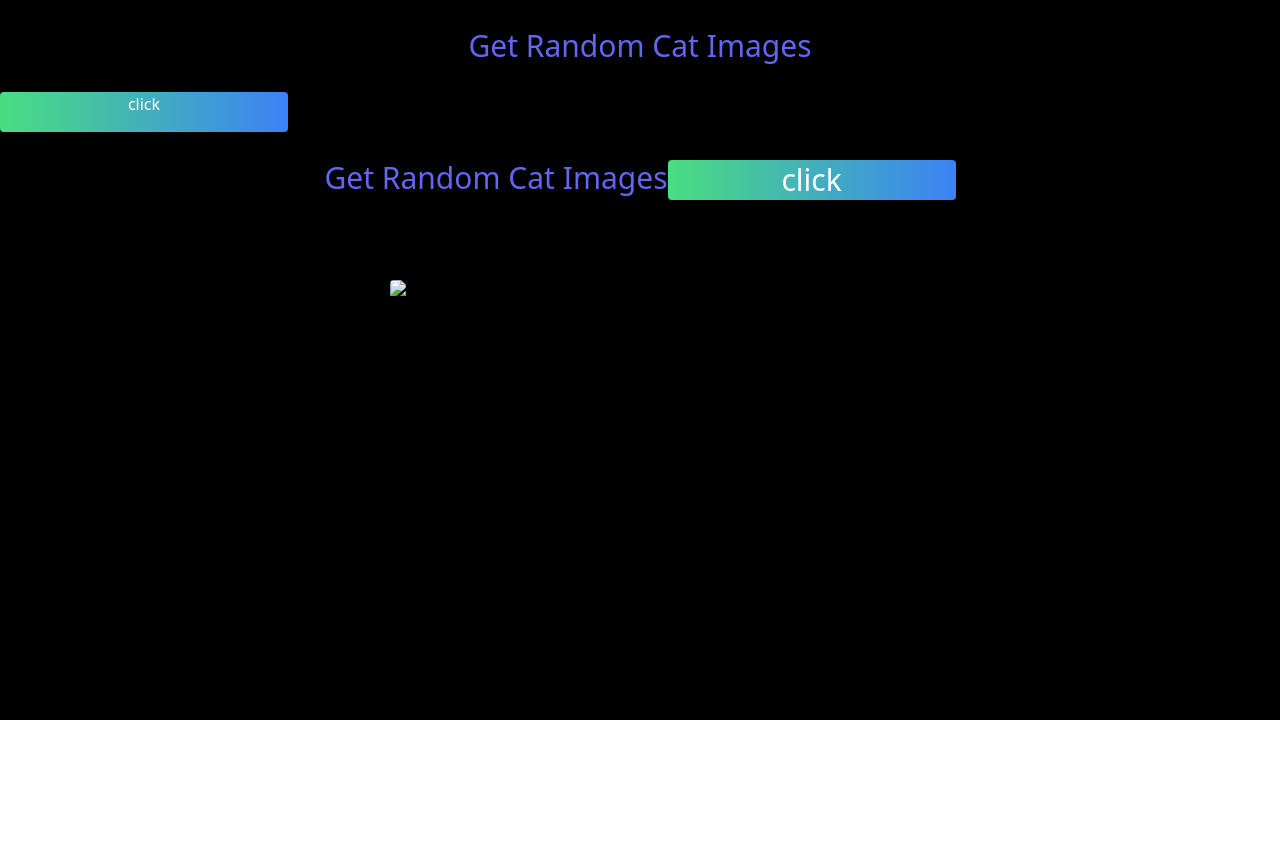
Repository: tentaciones/catMemeGenerator
Page: /
These files come from the project's save history. The page is drawn as it stood at one moment and after the next save; the edit follows.
The browser window is 1280 px wide. The pictures show the whole page.
The page's requests for data from a server got no answer. Some web fonts or font styles are not loaded; a fallback is used. The project was rebuilt for these pictures with package versions that can differ from the ones it lists, and the page was loaded fresh each time. No one was signed in, and anything a server would have sent is missing. Also part of the build but not shown: src/components/Navbar.jsx, src/components/Header.jsx, src/components/Post.jsx, src/components/Sidebar.jsx, src/pages/home.jsx.

Above is the page before, as saved 2022-07-07 20:01:34.

### public/index.html
<!DOCTYPE html>
<html lang="en">
  <head>
    <meta charset="utf-8" />
    <link rel="icon" href="%PUBLIC_URL%/favicon.ico" />
    <meta name="viewport" content="width=device-width, initial-scale=1" />
    <meta name="theme-color" content="#000000" />
    <meta
      name="description"
      content="Web site created using create-react-app"
    />
    <link rel="apple-touch-icon" href="%PUBLIC_URL%/logo192.png" />
    <link rel="preconnect" href="https://fonts.googleapis.com" />
    <link rel="preconnect" href="https://fonts.gstatic.com" crossorigin />
    <link
      href="https://fonts.googleapis.com/css2?family=Gentium+Book+Plus:ital@1&family=Rubik+Moonrocks&display=swap"
      rel="stylesheet"
    />
    <link rel="manifest" href="%PUBLIC_URL%/manifest.json" />

    <title>React App</title>
  </head>
  <body>
    <noscript>You need to enable JavaScript to run this app.</noscript>
    <div id="root"></div>
    <!--
      This HTML file is a template.
      If you open it directly in the browser, you will see an empty page.

      You can add webfonts, meta tags, or analytics to this file.
      The build step will place the bundled scripts into the <body> tag.

      To begin the development, run `npm start` or `yarn start`.
      To create a production bundle, use `npm run build` or `yarn build`.
    -->
  </body>
</html>

### src/App.js
import { Navbar } from "./components";
import Home from "./pages/Home";
import Generator from "./pages/Generator";
function App() {
  return (
    <div>
      <Generator />
    </div>
  );
}

export default App;

### src/components/index.js
export { default as Navbar } from "./Navbar";
export { default as Header } from "./Header";
export { default as Post } from "./Post";
export { default as Sidebar } from "./Sidebar";

### src/pages/Generator.jsx
import React, { useEffect, useState } from "react";
import Loading from "../components/Loading";
const Generator = () => {
  const [cat, setCat] = useState("");
  const [done, setDone] = useState(undefined);
  const [loading, setLoading] = useState(undefined);
  const getCat = () => {
    setDone(undefined);
    setLoading(undefined);
    setTimeout(() => {
      fetch("https://aws.random.cat/meow")
        .then((res) => res.json())
        .then((data) => setCat(data.file));
      setLoading(true);
      setTimeout(() => {
        setDone(true);
      }, 1000);
    }, 1200);
  };
  useEffect(() => {
    getCat();
  }, []);

  return (
    <div className="bg-black h-screen">
      <div className="flex text-indigo-500 text-3xl justify-center ">
        <div className="mt-7"> Get Random Cat Images</div>
      </div>
      <button
        onClick={getCat}
        className="flex justify-center bg-gradient-to-r from-green-400 to-blue-500 hover:from-pink-500 hover:to-yellow-500 text-white w-72 h-10 rounded mt-7"
      >
        click
      </button>
      <div className="hidden md:flex justify-center text-indigo-500 text-3xl">
        <div className="mt-7">Get Random Cat Images</div>
        <button
          onClick={getCat}
          className="bg-gradient-to-r from-green-400 to-blue-500 hover:from-pink-500 hover:to-yellow-500 text-white w-72 h-10 rounded mt-7"
        >
          click
        </button>
      </div>

      <div className="hidden md:flex justify-center">
        {!done ? (
          <Loading loading={loading} />
        ) : (
          <img
            src={cat}
            alt="c"
            className="h-[500px] w-[500px] rounded my-20"
          />
        )}
      </div>
    </div>
  );
};

export default Generator;

### src/components/Loading.js
import React from "react";
import Lottie from "react-lottie";
import * as loading from "../46472-lurking-cat.json";
import * as done from "../50465-done.json";

const defaultOptions = {
  loop: true,
  autoplay: true,
  animationData: loading.default,
  rendererSettings: {
    preserveAspectRatio: "xMidYMid slice",
  },
};

const defaultOptions2 = {
  loop: false,
  autoplay: true,
  animationData: done.default,
  rendererSettings: {
    preserveAspectRatio: "xMidYMid slice",
  },
};

const Loading = ({ loading }) => {
  console.log(loading);
  return (
    <div>
      {!loading ? (
        <Lottie options={defaultOptions} height={120} width={120} />
      ) : (
        <Lottie options={defaultOptions2} height={120} width={120} />
      )}
    </div>
  );
};

export default Loading;

Loaded but not shown: src/index.js (common file); src/index.css (common file); src/reportWebVitals.js (common file); src/46472-lurking-cat.json (common file); src/50465-done.json (common file); tailwind.config.js (common file)

After the next save:
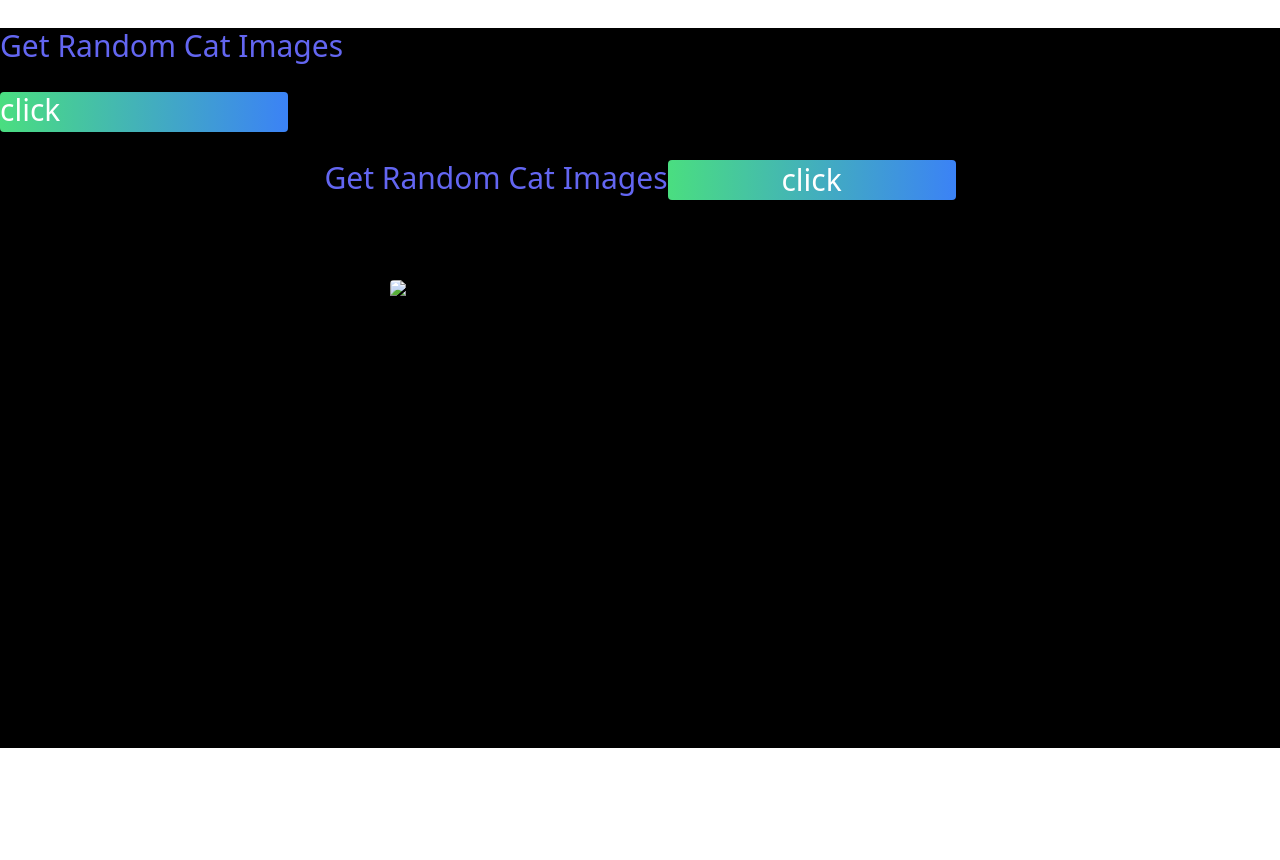
Saved 28 s later.
--- a/src/pages/Generator.jsx
+++ b/src/pages/Generator.jsx
@@ -23,15 +23,16 @@
 
   return (
     <div className="bg-black h-screen">
-      <div className="flex text-indigo-500 text-3xl justify-center ">
+      <div className="flex-col text-indigo-500 text-3xl justify-center ">
         <div className="mt-7"> Get Random Cat Images</div>
+        <button
+          onClick={getCat}
+          className="flex  bg-gradient-to-r from-green-400 to-blue-500 hover:from-pink-500 hover:to-yellow-500 text-white w-72 h-10 rounded mt-7"
+        >
+          click
+        </button>
       </div>
-      <button
-        onClick={getCat}
-        className="flex justify-center bg-gradient-to-r from-green-400 to-blue-500 hover:from-pink-500 hover:to-yellow-500 text-white w-72 h-10 rounded mt-7"
-      >
-        click
-      </button>
+
       <div className="hidden md:flex justify-center text-indigo-500 text-3xl">
         <div className="mt-7">Get Random Cat Images</div>
         <button
